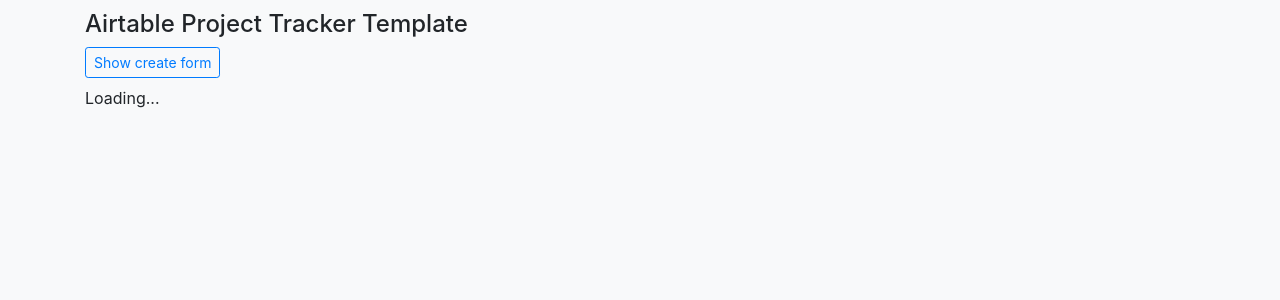
Repository: vilgaxDev/Airtable
Page: /
An editor plug-in stored every save of this project. The page is shown before and after the next save, followed by the edit.
The browser window is 1280 px wide. The pictures show the whole page.
The page's requests for data from a server got no answer. The project was rebuilt for these pictures with package versions that can differ from the ones it lists, and the page was loaded fresh each time. No one was signed in, and anything a server would have sent is missing. Also part of the build but not shown: src/App.css, src/CreateForm.js.

Above is the page before, as saved 2021-11-09 15:48:06.

After the next save:
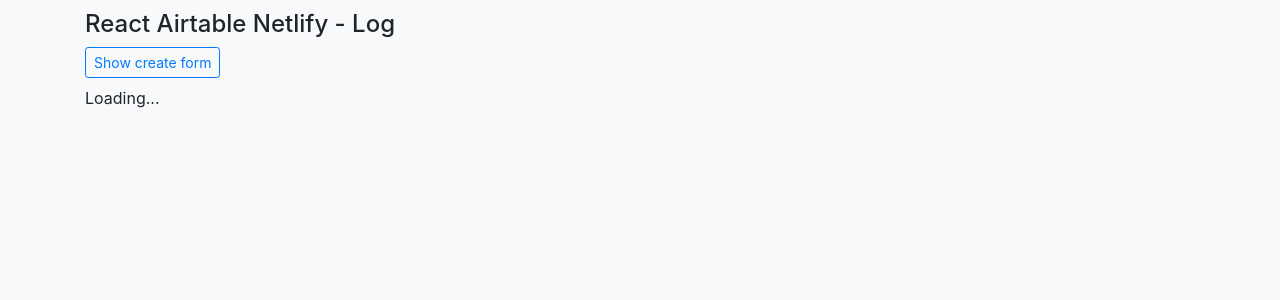
Saved 66 s later.
--- a/src/App.js
+++ b/src/App.js
@@ -40,7 +40,7 @@
     return (
       <div>
         <div className="container">
-          <h4 className="mt-20">Airtable Project Tracker Template</h4>
+          <h4 className="mt-20">React Airtable Netlify - Log</h4>
 
           <button onClick={this.toggleVisibility} className="btn btn-outline-primary btn-sm mb-2">{this.state.visibility ? 'Hide' : 'Show'} create form</button>
           {this.state.visibility ?

After the save that followed:
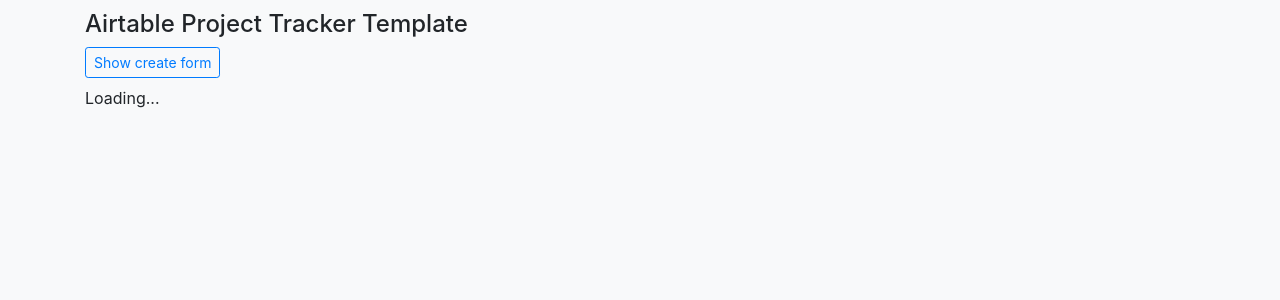
Saved 5 min 2 s later.
--- a/src/App.js
+++ b/src/App.js
@@ -40,7 +40,7 @@
     return (
       <div>
         <div className="container">
-          <h4 className="mt-20">React Airtable Netlify - Log</h4>
+          <h4 className="mt-20">Airtable Project Tracker Template</h4>
 
           <button onClick={this.toggleVisibility} className="btn btn-outline-primary btn-sm mb-2">{this.state.visibility ? 'Hide' : 'Show'} create form</button>
           {this.state.visibility ?
